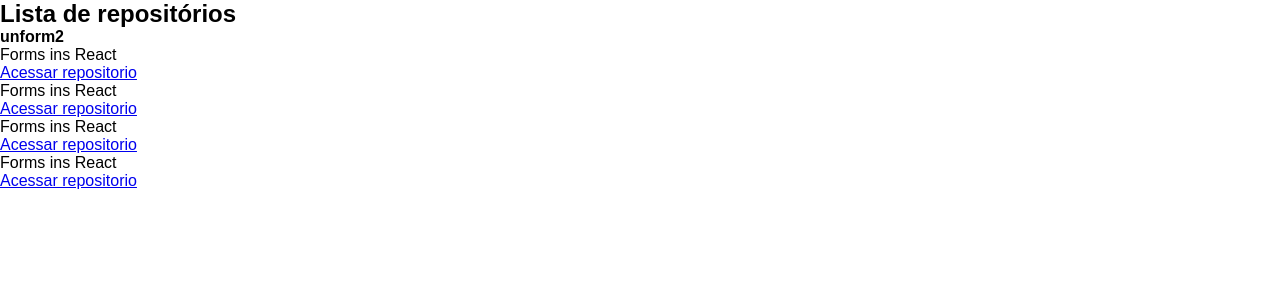
Repository: viniciusfg05/AnnotationReacts
Page: /
The author's editor kept a copy of each file at every save. The page is drawn from the files as they stood at one save, then again after the next save.
The browser window is 1280 px wide. The pictures show the whole page.
The project was rebuilt for these pictures with package versions that can differ from the ones it lists, and the page was loaded fresh each time. Also part of the build but not shown: webpack.config.js.

Above is the page before, as saved 2022-02-17 13:41:25.

After the next save:
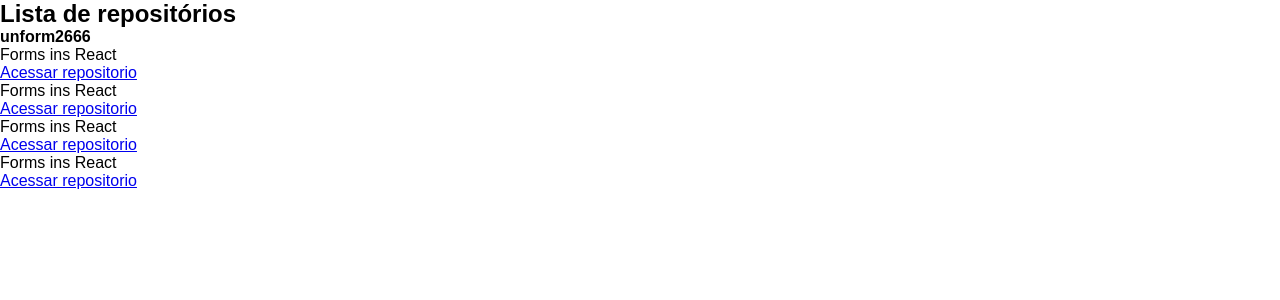
Saved 8 min 28 s later.
--- a/src/components/RepositoryList.jsx
+++ b/src/components/RepositoryList.jsx
@@ -6,7 +6,7 @@ export function RepositoryList() {
       <h1>Lista de repositórios</h1>
 
       <ul>
-        <RepositoryItens repository="unform2" />
+        <RepositoryItens repository="unform2666" />
         <RepositoryItens />
         <RepositoryItens />
         <RepositoryItens />
@@ -16,3 +16,5 @@ export function RepositoryList() {
 }
 
 //Enviar uma informação do componente pai assim nosso componente pai pode enviar
+
+//Para acessar todas as propriedade que um componente recebe atraves dos agumentop da função dentro de props:
